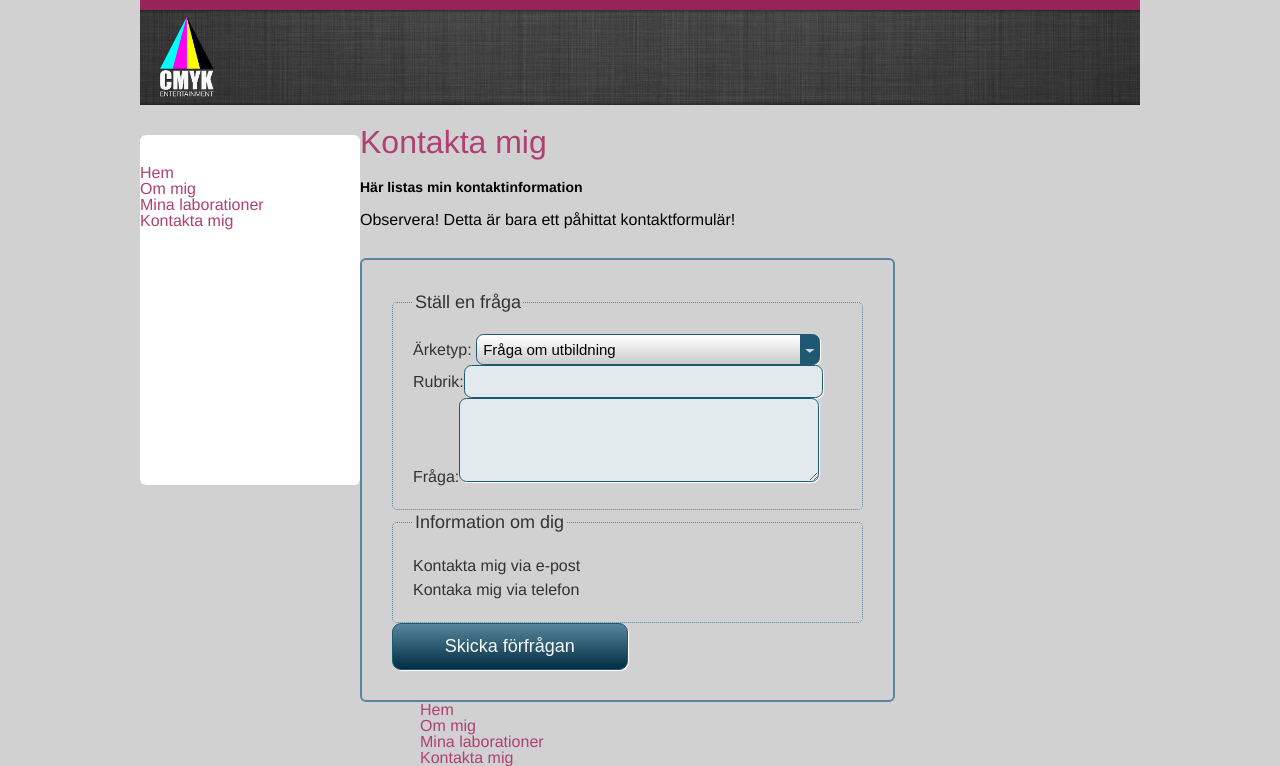
Repository: Holmewi/1ik415-jh222qr-laborationer
Page: pages/kontakt.html
The author's editor kept a record of every edit. The page is drawn from the files as they stood at one moment, then again after the next edit.
The browser window is 1280 px wide. The pictures show the whole page.

Above is the page before.

### pages/kontakt.html
<!DOCTYPE HTML>
<html lang="sv">
    <head>
        <meta charset="utf-8">
        <title>Kontakta mig - Här listas min kontaktinformation</title>
        <link rel="stylesheet" media="all" href="../css/style.css" />
    </head>
    <body id="contact">
        <div id="wrapper"> <!-- fick felmeddelande när jag använde taggen container -->
            <header>
                <div id="headerTop">

                </div>
                <div id="headerBottom">
                    <img src="../pics/logo.png" alt="min logotyp" class="logotyp">
                </div>
            </header>

            <nav class="borderRadius">
                <div id="headMenu">
                    <ul>
                        <li><a href="../index.html">Hem</a></li>
                        <li><a href="presentation.html">Om mig</a></li>
                        <li><a href="laborationer.html">Mina laborationer</a></li>
                        <li><a href="kontakt.html" class="active">Kontakta mig</a></li>
                    </ul>
                </div>
            </nav>

            <div id="content" class="borderRadius">
                <div id="contentTop">
                    <h1>Kontakta mig</h1>
                    <h4>Här listas min kontaktinformation</h4>
                </div>
                <div class="form">
                    <p>Observera! Detta är bara ett påhittat kontaktformulär!</p>

                    <a id="kontaktform"></a>
                    <form id="input" action="http://voyager.lnu.se/tekinet/kurser/dtt/wp_webbintro/form.php" method="post">
                        <fieldset>
                            <legend><span class="formHeader">Ställ en fråga</span></legend>
                            <span class="formContent">Ärketyp:
                                <select>
                                    <option value="utbildning">Fråga om utbildning</option>
                                    <option value="kurs">Fråga om kurs</option>
                                    <option value="hyra">Fråga om anställning</option>
                                    <option value="webbplatsen">Fråga om webbplatsen</option>
                                    <option value="privat">Ställ en privat fråga</option>
                                </select>
                                <br>
                                Rubrik:<input type="text" id="header"/>
                                <br>
                                Fråga:<textarea id="question" rows="4" cols="39"></textarea>
                            </span>
                        </fieldset>

                        <fieldset>
                            <legend>Information om dig</legend>
                            <input type="checkbox" id="e-post"/>Kontakta mig via e-post<br>
                            <input type="checkbox" id="telefon"/>Kontaka mig via telefon<br>
                        </fieldset>
                        <input type="Submit" value="Skicka förfrågan">
                    </form>
                </div>
             </div>
             <footer>
                <div id="footerNav">
                    <ul>
                        <li><a href="index.html">Hem</a></li>
                        <li><a href="pages/presentation.html">Om mig</a></li>
                        <li><a href="pages/laborationer.html">Mina laborationer</a></li>
                        <li><a href="pages/kontakt.html">Kontakta mig</a></li>
                    </ul>
                </div>
            </footer>
        </div>
    </body>
</html>

### css/style.css
@charset "UTF-8";
/* CSS Document */
/* http://meyerweb.com/eric/tools/css/reset/
   v2.0 | 20110126
   License: none (public domain)
*/

/*
	Main #97235A (Pink)
		Light main #D06C9B #AF4074
		Dark main #7B0E42 #58002A
	Secondary #1F5873 (Blue)
		Light aside #e3eaed #346B85
		Dark aside #0F445D #032D42
	Filler #B59D2A (Mustard)
		Light header #F9E482 #D2BB4C
		Dark header #947D11 #695700
	Text links #7B0E42
	Dark text #1D1D1D
	Light text #FAFAFA
	Footer #2A2A2A
*/

html, body, div, span, applet, object, iframe,
/* h1, h2, h3, h4, h5, h6, */ p, blockquote, pre,
a, abbr, acronym, address, big, cite, code,
del, dfn, em, img, ins, kbd, q, s, samp,
small, strike, strong, sub, sup, tt, var,
b, u, i, center,
dl, dt, dd, ol, ul, li,
/*fieldset, form, label, legend,*/
table, caption, tbody, tfoot, thead, tr, th, td,
article, aside, canvas, details, embed,
figure, figcaption, footer, header, hgroup,
menu, nav, output, ruby, section, summary,
time, mark, audio, video {
	margin: 0;
	padding: 0;
	border: 0;
	font-size: 100%;
	font-style: inherit;
    font-family: "Mundo Sans W01 Medium",Helvetica,sans-serif;
	vertical-align: baseline;
}
/* HTML5 display-role reset for older browsers */
article, aside, details, figcaption, figure,
footer, header, hgroup, main, menu, nav, section, container {
	display: block;
}

html {
    	overflow-y:scroll;     /* Fixar marginalen på sidor som inte har scroll */
}

body {
    background-color:#d1d1d1;
	line-height: 1;
}

    ul {
    	list-style: none;
    }

    blockquote, q {
    	quotes: none;
    }

    blockquote:before, blockquote:after,
    q:before, q:after {
    	content: '';
    	content: none;
    }

    table {
    	border-collapse: collapse;
    	border-spacing: 0;
    }



#wrapper {
	margin-left: auto;
	margin-right: auto;
    max-width: 1000px;
    height: 100%;
}

    header #top {
        width: 1000px;
    }

    header .asideheader {

    }

        #headerTop {
            width: 1000px;
            min-height: 10px;
        	background-color: #97235A;
        }

        #headerBottom {
            width: 1000px;
            min-height: 95px;
        	background-image:url(pics/header_bg.png);
        	background-color: #D06C9B;
        }

        #divTextlogo {
            margin: 30px 0px 0px 30px;
            float: left;
        	font-weight:100;
        	font-size:30px;
            color: #FAFAFA;
        }

/* HEADMENU */

    nav {
        width: 220px;
        min-height: 300px;
        padding-top: 30px;
        padding-bottom: 20px;
        margin: 30px 0px 25px 0px;
        float: left;
        background-color: #FFF;
    }

        #headmenu ul {
            margin: 0;
            padding: 0;
            list-style-type: none;
            font-size: 18px;
        }

        #headmenu ul li{float:left; width:100%;}

        #headmenu ul li a {
            display: block;
            background: #d9d9d9;
            /*width: 220px;*/
            text-decoration: none;
            padding: 15px 0px 15px 20px;
            margin: 1px 0px 0px 0px;
            border-left: 10px solid #97235A;
            color: #333333;

        }

            #headmenu ul li a:hover {
                border-left-color: #56869D;
                color: #56869D;
                background: #c4c4c4;
            }

            #headmenu ul li a:active {
                border-left-color: #1F5873;
                color: #1F5873;
                background: #c4c4c4;
            }

            #headmenu .active {
                border-left-color: #1F5873;
                color: #333333;
                background: #c4c4c4;
            }

            #headmenu a {
                background-image:url(pics/sprite.png);
            }

            #headmenu #homepage:hover {
                background-image:url(pics/sprite.png);
                background-repeat: no-repeat;
                background-position: 175px 12px;
            }


            #headmenu #homepage {
                background-image:url(pics/sprite.png);
                background-repeat: no-repeat;
                background-position: 175px -36px;
            }

            #headmenu #aboutpage:hover {
                background-image:url(pics/sprite.png);
                background-repeat: no-repeat;
                background-position: 175px -180px;
            }

            #headmenu #aboutpage {
                background-image:url(pics/sprite.png);
                background-repeat: no-repeat;
                background-position: 175px -228px;
            }

            #headmenu #labpage:hover {
                background-image:url(pics/sprite.png);
                background-repeat: no-repeat;
                background-position: 175px -84px;
            }

            #headmenu #labpage {
                background-image:url(pics/sprite.png);
                background-repeat: no-repeat;
                background-position: 175px -132px;
            }

            #headmenu #contactpage:hover {
                background-image:url(pics/sprite.png);
                background-repeat: no-repeat;
                background-position: 175px -276px;
            }

            #headmenu #contactpage {
                background-image:url(pics/sprite.png);
                background-repeat: no-repeat;
                background-position: 175px -324px;
            }

/* ASIDE */

    #sidefield {
        font-size: 14px;
        float: right;
        height: auto;
        max-width: 170px;
        width: 100%;
        padding: 30px;
        margin: 30px 0px 30px 0px;
        /* total width 730 */
        background-color: #FFF;
    }

    #sidefield p {
        padding-top: 5px;
    }

/* MAIN CONTENT */

    main {
        width: 670px;
        float: left;
        padding: 30px;
        margin: 30px 0px 30px 20px;
        /* total width 730 */
        background-color: #FFF;
    }

    #contenthome {
        width: 450px;
    }

        #mainheader {
            width: 100%;
            float: left;
            height: auto;
            margin: 0px 0px 20px 0px;
            border-style: double;
            border-color: #D9D9D9;
            border-width: 0px 0px 4px 0px;
        }

            #mainheader h4 {
                margin-top: -10px;
            }

                #home .blogg {
                    max-width: 470px;
                    clear: none;
                }

                .blogg {
                    float: left;
                    max-width: 100%;
                    height: 100%;
                	padding: 0px 0px 40px 0px;
                	margin: 0px 0px 40px 0px;
                    border-style: dotted;
                    border-color: #D9D9D9;
                    border-width: 0px 0px 1px 0px;
                    clear: both;
                }

                    #hcard-Joakim-Torbjorn-Holmevi {

                    }

                    .blogg p {
                	padding-bottom: 20px;
                    }

                    .bloggContent {
                        height: auto;
                    	padding-bottom: 20px;
                    }

                    .bloggInfo {
                        padding-top: 10px;
                        padding-bottom: 10px;
                        border-style: dotted;
                        border-color: #D9D9D9;
                        border-width: 1px 0px 0px 0px;
                        clear: both;
                    }

                    .bloggInfo p, .bloggInfo a {
                    	font-size: 12px;
                        display: inline;
                    }

                    .comments {
                        width: 90%;
                        float: left;
                        background-color: #F1F1F1;
                        padding: 0px 20px 0px 20px;
                        border-style: solid;
                        border-color: #D9D9D9;
                        border-width: 0px 0px 5px 0px;
                    }

                    .comment {
                        display: inline-block;
                        line-height: 2px;
                    	font-size: 12px;
                        width: 90%;
                    }

                    .commentlink {
                        display: inline-block;
                    	font-size: 12px;
                        width: 100%;
                    }



/* FOOTER */

    #bottom {
        max-width: 1000px;
        height: 173px;
        /* total width 1000 */
        /* total height 253 */
        background-color: #2A2A2A;
        border-style: solid;
        border-color: #97235A;
        border-width: 10px 0px 0px 0px;
        clear: both;
        background-image:url(pics/footer_bg.png);
    }

        #footerNav {
            padding-top: 30px;
            width: 440px;
            margin: auto;
        }



/* HEADERS, LISTS AND TEXT */

    h1 {
        font-size: 32px;
    	font-weight: 400;
    	color: #AF4074;
    }

    h2 {
        font-size: 24px;
    }

    h3 {
        font-size: 18px;
    }

    h4 {
        font-size: 14px;
    }

    .bloggContent H2 {
        padding-left: 30px;
        padding-bottom: 14px;
        background-image:url(pics/blogicon.png);
        background-repeat: no-repeat;
        background-size: 23px 23px;
    }

    .ingress {
    	font-weight: 800;
    	padding-bottom: 20px;
    }

/* IMAGES AND VIDEOS */

    .bloggVideo {
        max-width: 450px;
        padding: 7px 0px 0px 0px;
    }

    .logotyp {
        max-height: 80px;
        padding: 7px 0px 0px 20px;
    }

    .profilbild {
        padding: 0px 20px 10px 0px;
        float: left;
        max-width: 140px;
    }

    .bloggbild {
        max-width: 450px;
        padding: 0px 0px 20px 0px;
    }

    .bloggBild_right {
        max-width: 220px;
        padding: 0px 0px 10px 15px;
    }

    .bloggBild_left {
        max-width: 220px;
        padding: 0px 15px 10px 0px;
    }



/* GENERAL CLASSES */

    .borderRadius {
    	-webkit-border-radius: 6px;
    	-moz-border-radius: 6px;
    	border-radius: 6px;
    }



    .displayinline {
        display: inline;
    }

    .blogg table {
        width: 600px;
    }

    .blogg table, .blogg tr, .blogg th, .blogg td {
        padding: 5px;
    	border: solid 1px;
    	border-color: #455;
    }

    .labList dd, .labList ol {
    	margin-left: 35px;
    }

    .labList li, .labList dt, .labList dd, .labList p {
    	font-size: 16px;
    }

    .labList a, .labList dt, .labList dd, .labList ul {
    	font-size: 14px;
    }

    .labList dt, .labList dd, .labList li, .labList dt, .labList dd, .labList p {
    	padding-bottom: 5px;
    }

    .floatleft {
    	float: left;
    }

    .floatright {
    	float: right;
    }

    .clearboth {
    	clear: both;
    }

    .rightalign {
        text-align: right;
    }

/* LINKS */

    a:link {
        color:#AF4074;
        text-decoration:none;
    }
    a:visited {
        color:#AF4074;
        text-decoration:none;
    }
    a:hover {
        color:#56869D;
        text-decoration:underline;
    }
    a:active {
        color:#56869D;
        text-decoration:underline;
    }

    #bottom a:link { color:#FFF;  }
    #bottom a:visited { color:#FFF;  }
    #bottom a:hover { color:#FFF;  }
    #bottom a:active { color:#FFF;  }

    #bottom li {
    	font-size: 18px;
    	margin-right: 20px;
    	display:inline;
    }






/* FORM */
/*
Hittade lite nyttig hjälp på mozilla developer för att ändra utseendet på checkboxarna
Källa: https://developer.mozilla.org/en-US/docs/Web/Guide/HTML/Forms/Advanced_styling_for_HTML_forms
*/

    .form {

        height: auto;
    	margin: 0px;
    }

        form {
            float: left;
            line-height: 24px;
            color: #333333;
            border: 2px solid #56869D;
            border-radius: 6px;
            -webkit-border-radius: 6px;
            -moz-border-radius: 6px;
            margin: 30px 0px 0px 0px;
            padding: 30px;
            display: inline-block;
        }

            #observe {
                clear: both;
                padding-top: 20px;
                margin-top: 20px;
            }

            fieldset {
                border : 1px dotted #56869D;
                border-radius: 5px;
                margin : 0;
                padding: 20px;
            }

                #set_form p {
                    padding-top: 12px;
                }

                #contact_info {
                    margin-top: 20px;
                    margin-bottom: 30px;
                }

                legend {
                    font-size: 18px;
                }

                label {
                  cursor: pointer;
                }

                form p {
                  margin: 0;
                }

                form p+p {
                  margin: .5em 0 0;
                }

                input[type=text], input[type=submit], textarea, select {
                    -webkit-appearance: none;     /* Tar bort standardutseendet på elementen */
                }


                select {
                    border: 1px solid #1F5873;
                    padding: 6px;
                    font-size: 15px;
                    line-height: 17px;
                    width: 80%;
                    background: -webkit-gradient(linear, left top, left bottom, from(#fff), to(#ccc));
                    -webkit-appearance: none;
                    -webkit-box-shadow: 1px 1px 1px #fff;
                    -webkit-border-radius: 0.5em;
                }

                /* original check box are push outside the viexport */
                :root input[type=checkbox] {
                    position: absolute;
                    left: -1000em;
                }

                :root input[type=checkbox] + label:before {
                    content: "";
                    display: inline-block;
                    width  : 19px;
                    height : 19px;
                    margin : 0 .5em 0 0;
                    background: url("pics/checkbox_sprite2.png") no-repeat 0 0;

                    /* The following is used to adjust the position of
                    the check boxes on the text baseline */

                    vertical-align: bottom;
                    position: relative;
                    bottom: 2px;
                }

                :root input[type=checkbox]:checked + label:before {
                    background-position: 0 -19px;
                }

                :root input[type=checkbox]:disabled + label:before {
                    background-position: 0 -38px;
                }

                :root input[type=checkbox]:checked:disabled + label:before {
                    background-position: 0 -57px;
                }

                :root input[type=checkbox]:focus {
                    outline: 1px dotted black;
                }

                select {
                    background: url("pics/form_list_bg.png") no-repeat right;
                    background-size: auto 32px;
                }

                input[type=text], textarea {
                    border: 1px solid #1F5873;
                    padding: 7px;
                    font-size: 15px;
                    line-height: 17px;
                    width: 80%;
                    background-color: #e3eaed;
                    -webkit-appearance: none;
                    -webkit-box-shadow: 1px 1px 1px #fff;
                    -webkit-border-radius: 0.5em;
                 }

                input[type=submit] {
                    border: 1px solid #1F5873;
                    padding: 14px;
                    font-size: 18px;
                    line-height: 17px;
                    width: 50%;
                    color: #FAFAFA;
                    background: -webkit-gradient(linear, left top, left bottom, from(#56869D), to(#032D42));
                    -webkit-appearance: none;
                    -webkit-box-shadow: 1px 1px 1px #fff;
                    -webkit-border-radius: 0.5em;
                 }

After the next edit:
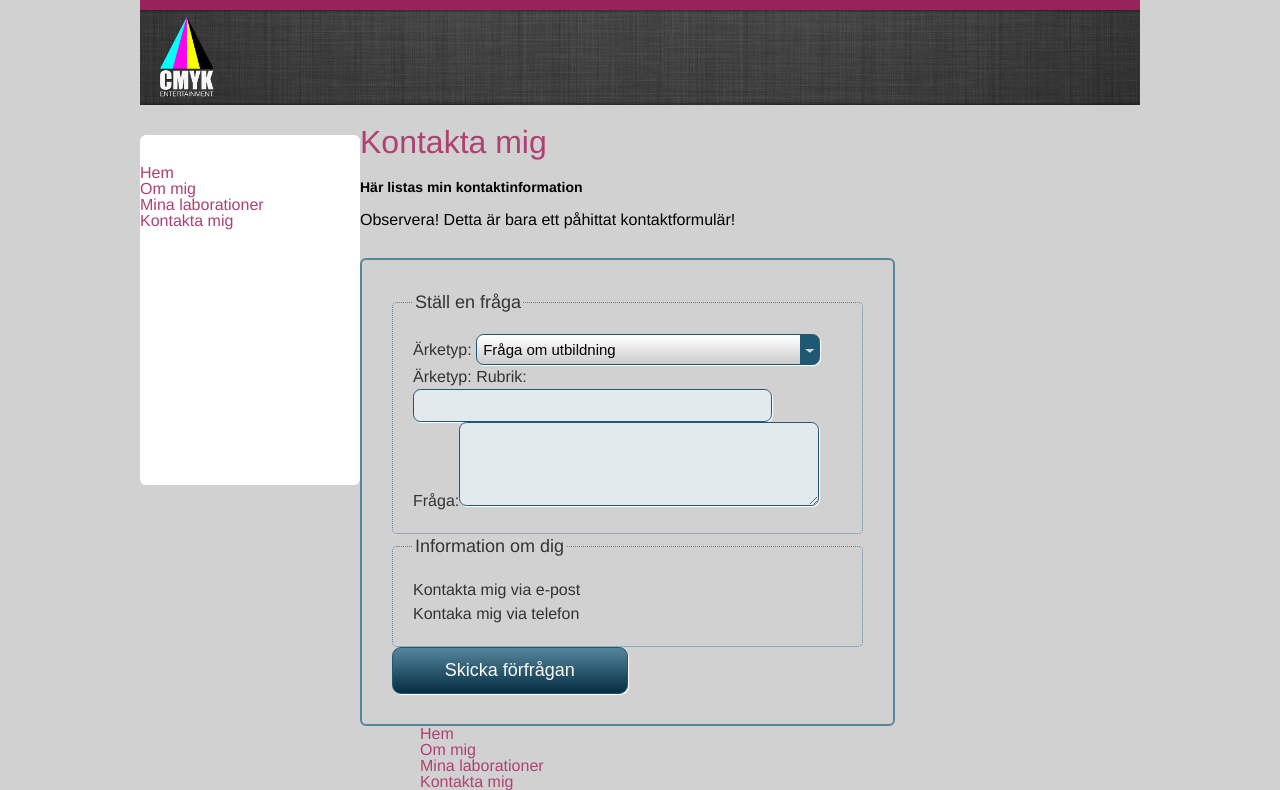
The edit:
--- a/pages/kontakt.html
+++ b/pages/kontakt.html
@@ -47,7 +47,9 @@
                                     <option value="webbplatsen">Fråga om webbplatsen</option>
                                     <option value="privat">Ställ en privat fråga</option>
                                 </select>
+                                </span>
                                 <br>
+                                <span class="formContent">Ärketyp:
                                 Rubrik:<input type="text" id="header"/>
                                 <br>
                                 Fråga:<textarea id="question" rows="4" cols="39"></textarea>

After the 3 edits that followed:
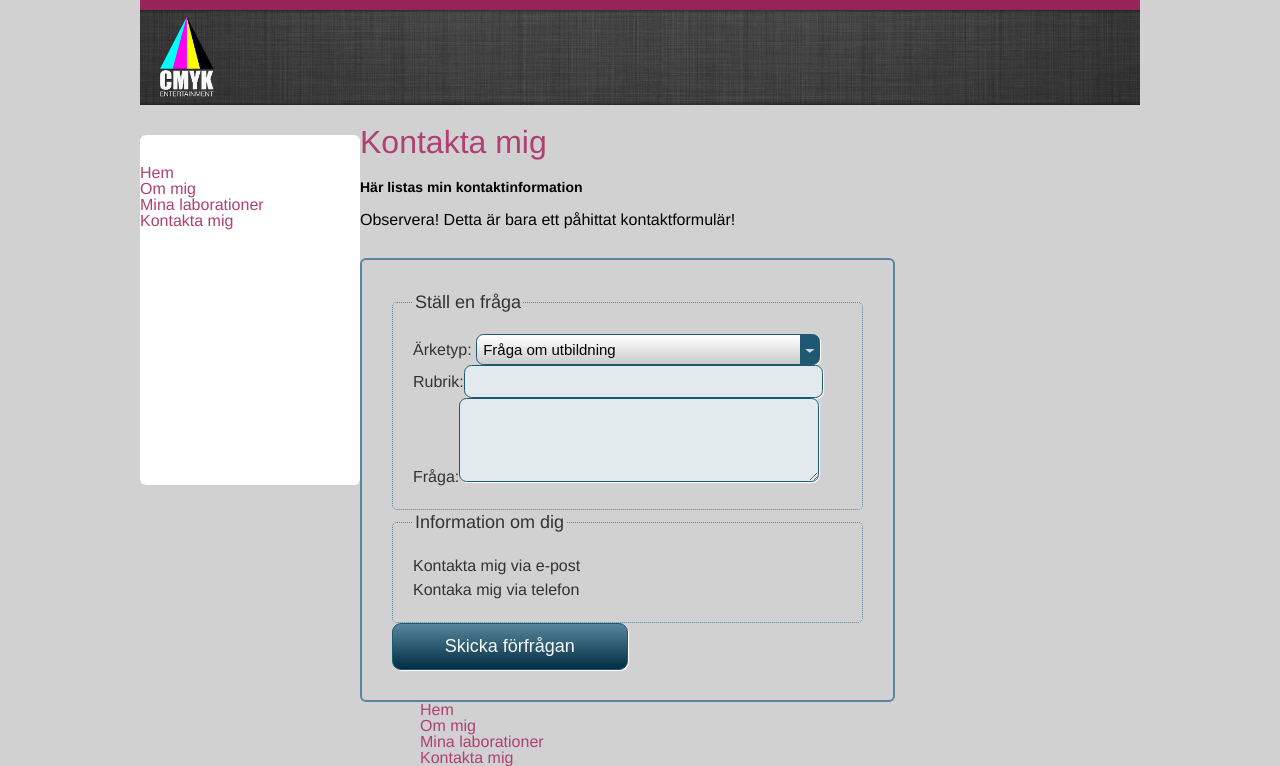
The 3 edits are shown as one change because 2 left the picture as it was.
The edit:
--- a/pages/kontakt.html
+++ b/pages/kontakt.html
@@ -49,11 +49,12 @@
                                 </select>
                                 </span>
                                 <br>
-                                <span class="formContent">Ärketyp:
-                                Rubrik:<input type="text" id="header"/>
+                                <span class="formContent">
+                                    Rubrik:<input type="text" id="header"/>
+                                </span>
                                 <br>
                                 Fråga:<textarea id="question" rows="4" cols="39"></textarea>
-                            </span>
+
                         </fieldset>
 
                         <fieldset>
